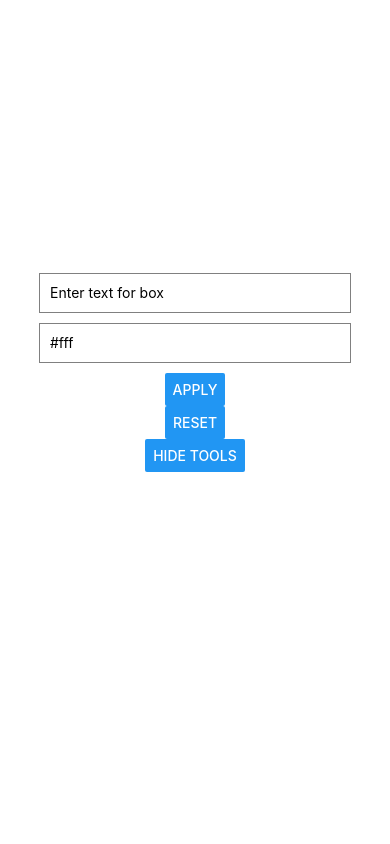
Repository: amirjavadikia/mobile-projectg
Screen: /
The author's editor kept a copy of each file at every save. The screen is drawn from the files as they stood at one save, then again after a run of saves.
The app was drawn by React Native's web renderer in a window 390 px wide. The project was rebuilt for these pictures with package versions that can differ from the ones it lists, and the page was loaded fresh each time.

Above is the screen before, as saved 2024-05-13 21:28:17.

### App.tsx
//
// => BOXES PROJECT
//

// import React from 'react';
// import { View, Text, StyleSheet } from 'react-native';
// import { FontAwesomeIcon } from '@fortawesome/react-native-fontawesome';
// import { faGear } from '@fortawesome/free-solid-svg-icons/faGear';
// import { faLocationDot } from '@fortawesome/free-solid-svg-icons/faLocationDot';
// import { faAddressBook } from '@fortawesome/free-solid-svg-icons/faAddressBook';


// const MainPage = () => {
//   return (
//     <View style={styles.container}>

//       <View style={[styles.blueBackground]}>
//         <Text style={styles.text}>Welcome to my app!</Text>
//       </View>


//       <View style={[styles.box, styles.purpleBackground]}>
//       <FontAwesomeIcon icon={faLocationDot} />
//         <Text style={styles.text}>Location</Text>
//       </View>


//       <View style={[styles.box, styles.yellowBackground]}>
//       <FontAwesomeIcon icon={faGear} />
//         <Text style={styles.text}>Settings</Text>
//       </View>


//       <View style={[styles.box, styles.redBackground]}>
//       <FontAwesomeIcon icon={faAddressBook} />
//         <Text style={styles.text}>Contacts</Text>
//       </View>

//     </View>
//   );
// };

// const styles = StyleSheet.create({
//   container: {
//     justifyContent: 'center',
//     alignItems: 'center',
//     margin: 10
//   },
//   box: {
//     width: '100%',
//     height: 100,
//     borderRadius: 10,
//     marginBottom: 15,
//     justifyContent: 'center',
//     textAlign: 'center',
//     alignItems: 'center',
//   },
//   blueBackground: {
//     backgroundColor: '#01008A',
//     borderRadius: 30,
//     width: '100%',
//     height: '10%',
//     justifyContent: 'center',
//     alignItems: 'center',
//     marginBottom: 20
//   },
//   purpleBackground: {
//     backgroundColor: '#810081',
//   },
//   yellowBackground: {
//     backgroundColor: '#fea501',
//   },
//   redBackground: {
//     backgroundColor: '#fe0002',
//   },
//   text: {
//     color: 'white',
//     fontSize: 20,
//     marginLeft: 10,
//   },
// });

// export default MainPage;





//
// => MIDTERM PROJECT
//


import React, { useState } from 'react';
import { View, Text, TextInput, StyleSheet, Button } from 'react-native';

const App = () => {
  const [text, setText] = useState('');
  const [backgroundColor, setBackgroundColor] = useState('#fff');
  const [showTools, setShowTools] = useState(true);

  const handleTextChange = (inputText) => {
    setText(inputText);
  };

  const handleBackgroundChange = (inputText) => {
    setBackgroundColor(inputText);
  };

  const handleApplyChanges = () => {
    // Apply changes logic goes here
  };

  const handleResetChanges = () => {
    setText('');
    setBackgroundColor('#fff');
  };

  const handleToggleTools = () => {
    setShowTools(!showTools);
  };

  return (
    <View style={styles.container}>
      {showTools && (
        <>
          <TextInput
            style={styles.input}
            onChangeText={handleTextChange}
            value={text}
            placeholder="Enter text for box"
          />
          <TextInput
            style={styles.input}
            onChangeText={handleBackgroundChange}
            value={backgroundColor}
            placeholder="Enter background color for box"
          />
          <Button title="Apply" onPress={handleApplyChanges} />
          <Button title="Reset" onPress={handleResetChanges} />
        </>
      )}
      <Button title={showTools ? "Hide Tools" : "Show Tools"} onPress={handleToggleTools} />
      <View style={[styles.box, { backgroundColor }]}>
        <Text>{text}</Text>
      </View>
    </View>
  );
};

const styles = StyleSheet.create({
  container: {
    flex: 1,
    alignItems: 'center',
    justifyContent: 'center',
  },
  input: {
    width: '80%',
    height: 40,
    borderWidth: 1,
    borderColor: 'gray',
    marginBottom: 10,
    paddingHorizontal: 10,
  },
  box: {
    width: '80%',
    height: 100,
    backgroundColor: '#fff',
    justifyContent: 'center',
    alignItems: 'center',
  },
});

export default App;

After the next 2 saves:
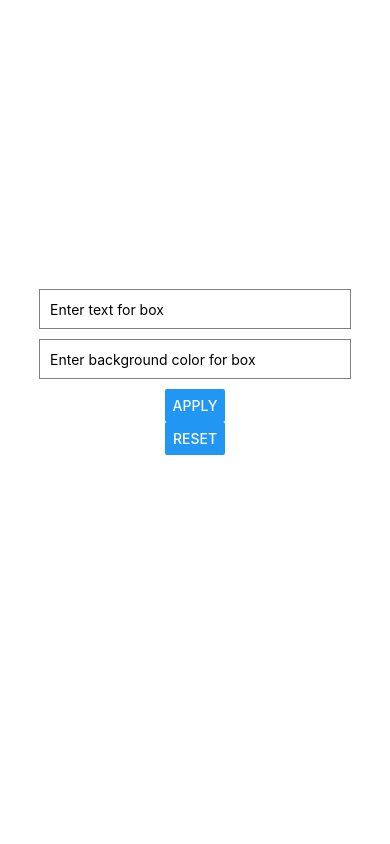
The 2 saves are shown as one change because 1 did not build or start.
The last was saved 3 min 13 s later.
--- a/App.tsx
+++ b/App.tsx
@@ -92,28 +92,32 @@
 
 
 import React, { useState } from 'react';
-import { View, Text, TextInput, StyleSheet, Button } from 'react-native';
+import { View,Text, TextInput, StyleSheet, Button } from 'react-native';
 
 const App = () => {
   const [text, setText] = useState('');
   const [backgroundColor, setBackgroundColor] = useState('#fff');
-  const [showTools, setShowTools] = useState(true);
+  const [newText, setNewText] = useState('');
+  const [newBackgroundColor, setNewBackgroundColor] = useState('');
 
   const handleTextChange = (inputText) => {
-    setText(inputText);
+    setNewText(inputText);
   };
 
   const handleBackgroundChange = (inputText) => {
-    setBackgroundColor(inputText);
+    setNewBackgroundColor(inputText);
   };
 
   const handleApplyChanges = () => {
-    // Apply changes logic goes here
+    setText(newText);
+    setBackgroundColor(newBackgroundColor);
+    setNewText('');
+    setNewBackgroundColor('');
   };
 
   const handleResetChanges = () => {
-    setText('');
-    setBackgroundColor('#fff');
+    setNewText('');
+    setNewBackgroundColor('');
   };
 
   const handleToggleTools = () => {
@@ -122,25 +126,20 @@ const App = () => {
 
   return (
     <View style={styles.container}>
-      {showTools && (
-        <>
-          <TextInput
-            style={styles.input}
-            onChangeText={handleTextChange}
-            value={text}
-            placeholder="Enter text for box"
-          />
-          <TextInput
-            style={styles.input}
-            onChangeText={handleBackgroundChange}
-            value={backgroundColor}
-            placeholder="Enter background color for box"
-          />
-          <Button title="Apply" onPress={handleApplyChanges} />
-          <Button title="Reset" onPress={handleResetChanges} />
-        </>
-      )}
-      <Button title={showTools ? "Hide Tools" : "Show Tools"} onPress={handleToggleTools} />
+      <TextInput
+        style={styles.input}
+        onChangeText={handleTextChange}
+        value={newText}
+        placeholder="Enter text for box"
+      />
+      <TextInput
+        style={styles.input}
+        onChangeText={handleBackgroundChange}
+        value={newBackgroundColor}
+        placeholder="Enter background color for box"
+      />
+      <Button title="Apply" onPress={handleApplyChanges} />
+      <Button title="Reset" onPress={handleResetChanges} />
       <View style={[styles.box, { backgroundColor }]}>
         <Text>{text}</Text>
       </View>
